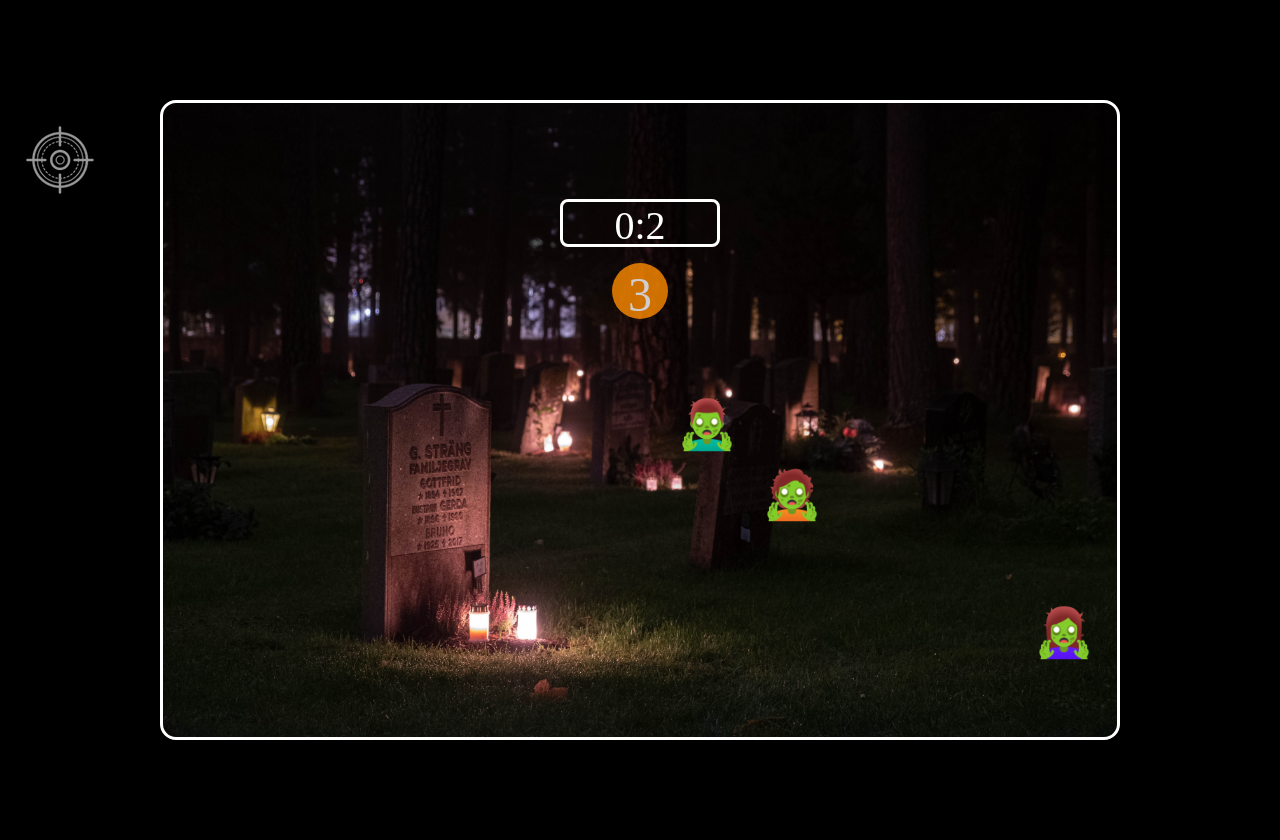
Repository: MrJinkyu/ZombieGame
Page: index.html
The author's editor kept a copy of each file at every save. The page is drawn from the files as they stood at one save, then again after the next save.
The browser window is 1280 px wide. The pictures show the whole page.
After loading, the first visible `button.game__btn` was clicked once.
Some web libraries are served in a nearby version.

Above is the page before, as saved 2023-04-09 15:23:44.

After the next save:
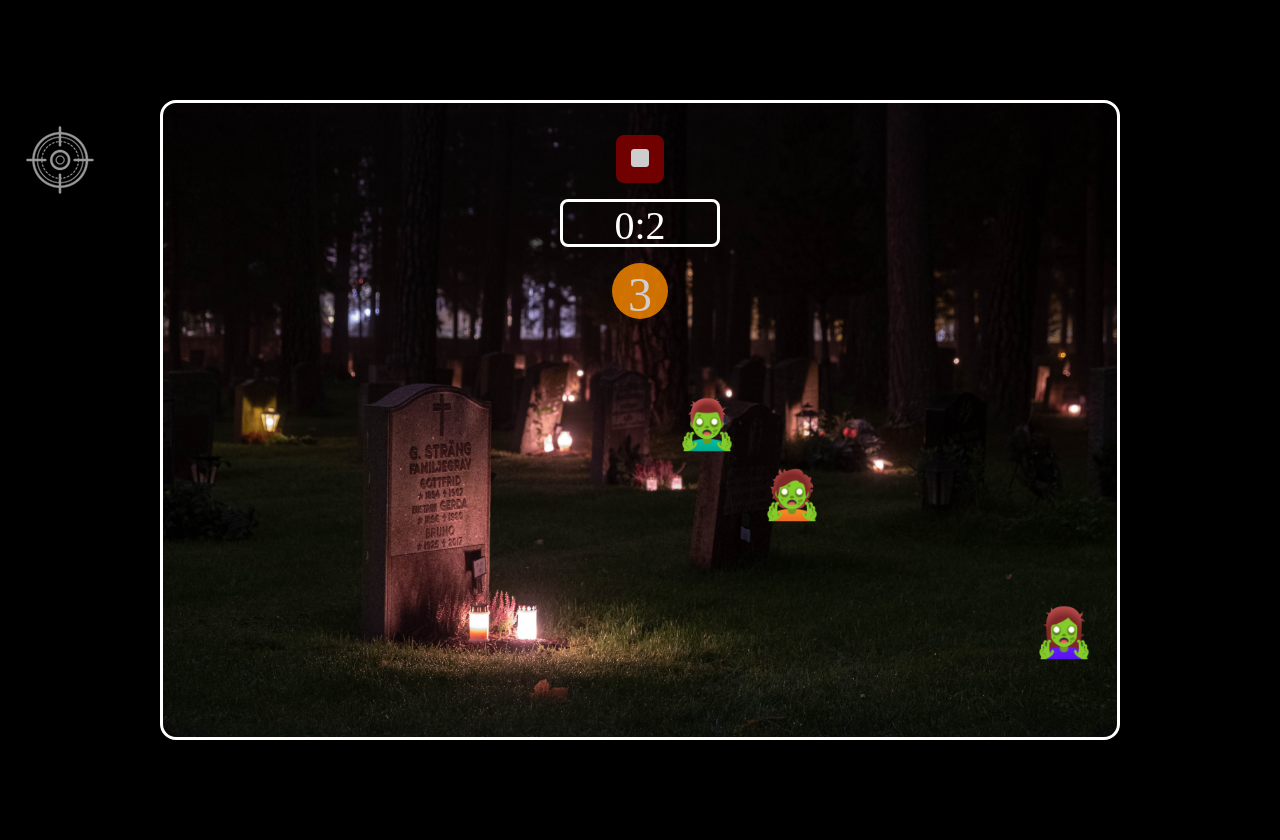
Saved 22 s later.
--- a/main.js
+++ b/main.js
@@ -36,7 +36,6 @@ function start(){
     init();
     stopGameBtn();
     startGameTimer();
-    hideGameBtn();
 }
 
 function stop(){
@@ -45,15 +44,15 @@ function stop(){
     stopGameTimer();
 }
 
-// function finish(win){
-//     stared = false;
-//     stopGameTimer();
-//     if(win){
+function finish(win){
+    stared = false;
+    stopGameTimer();
+    if(win){
+        hideGameBtn();
+    }else{
 
-//     }else{
-
-//     }
-// }
+    }
+}
 
 function hideGameBtn(){
     gameBtn.style.visibility = 'hidden';
